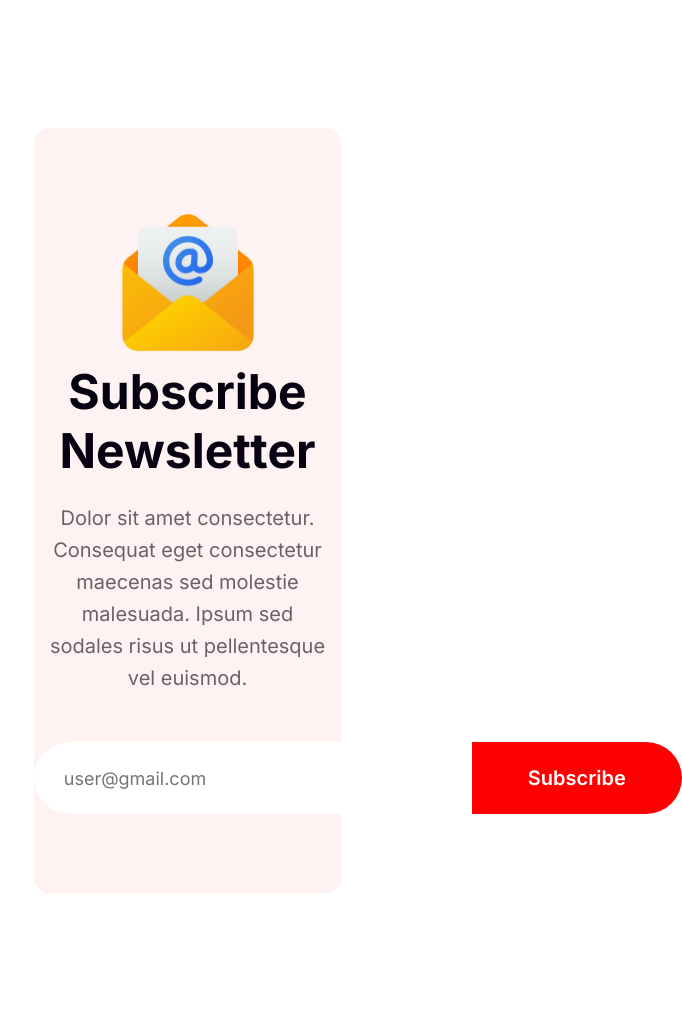
Repository: ShouravAhammed/simple-responsive-new-year
Page: index.html
These files come from the project's save history. The page is drawn as it stood at one moment and after the next save; the edit follows.
The browser window is 375 px wide. The page is 682 px wide, then 533 px, so the pictures cover 682 px, including what lies to the right of the window. The pictures show the whole page.

Above is the page before, as saved 2024-01-11 15:17:41.

### index.html
<!DOCTYPE html>
<html lang="en">
<head>
    <meta charset="UTF-8">
    <meta name="viewport" content="width=device-width, initial-scale=1.0">
    <!-- Title  -->
    <title>New Year 2024</title>
    <!-- favicon icon linked -->
    <link rel="shortcut icon" href="images/New Year Photo.png" type="image/x-icon">
    <!-- style css linked-->
    <link rel="stylesheet" href="Style/style.css">
</head>
<body>
    <!-- header part  -->
    <header class="hide">
        <!-- banner section part -->
        <section id="banner">
            <div class="container">
                <div class="banner-container">
                    <div class="banner-content">
                        <h3 class="celebration">Happy New Year</h3>
                        <h2 class="banner-title">New Year Party Celebration</h2>
                    </div>
                </div>
            </div>
        </section>
    </header>
    <!-- main part -->
    <main>
        <!-- categories section part  -->
            <section id="categories " class="hide">
                <div class="container">
                    <div class="categories-container">
                        <h2 class="categories-discount">65% OFF</h2>
                        <p class="primary-summery">OUR HOLIDAY DEALS ARE BETTER</p>
                        <h3 class="categories-title">ALL CATEGORIES</h3>
                        <div class="categories-img">
                            <img id="new-year-img" src="images/New Year Photo.png" alt="Happy New Year">
                        </div>
                    </div>
                </div>
            </section>

            <!-- party-banner section part -->
            <section id="party-banner" class="hide">
                <div class="container">
                    <div class="party-container">
                        <div class="party-content">
                            <h2 class="party-title">Welcome to midnight party</h2>
                            <p class="party-description">Dolor sit amet consectetur. Consequat eget consectetur maecenas sed molestie malesuada. Ipsum sed sodales risus ut pellentesque vel euismod. </p>
                            <button id="join-now-btn">JOIN NOW</button>
                        </div>
                        <img class="party-img" src="images/icon/Group 70.png" alt="party-img">
                    </div>
                </div>
            </section>
            <!-- Announce section part -->
            <section id="announce" class="hide">
                <div class="container">
                    <div class="announce-content">
                        <h4 class="announce-title"><span class="title-color">Place:</span> New Park Hotel</h4>
                        <h4 class="announce-title"><span class="title-color">Date:</span> 31 December Night 2023</h4>
                        <h4 class="announce-title"><span class="title-color">Time:</span> Evening 7.30 pm to 12.30 am</h4>
                        <button class="announce-btn">Join Now</button>
                    </div>
                </div>
            </section>
            <!-- best offer section part -->
            <section id="best-offer" class="hide">
                <div class="container">
                    <div class="best-offer-container">
                        <div class="best-offer-content">
                            <p class="primary-summery">NEW BEST OFFER</p>
                            <h3 class="similer-title">Coming Soon</h3>
                            <p class="similer-description">Dolor sit amet consectetur. Consequat eget consectetur maecenas sed molestie malesuada. Ipsum sed sodales risus ut pellentesque vel euismod. </p>
                        </div>
                        <div class="best-offer-img-content">

                                <img class="best-offer-img" src="images/Ellipse 1.png" alt="best-offer-images">

                        </div>
                        <div class="best-offer-year-content">
                            <h3 class="best-offer-year">2024</h3>
                            <p class="best-offer-description">Dolor sit amet consectetur. Consequat eget consectetur maecenas sed.</p>
                            <img class="best-offer-year-img" src="images/icon/Group 96.png" alt="best-offer-year-img">
                        </div>
                    </div>
                </div>
            </section>
            <!-- holiday section part  -->
            <section id="holiday" class="hide">
                <div class="container">
                    <div class="holiday-container">
                        <div class="holiday-content">
                            <p class="primary-summery">WHAT IS FUNCTIONAL</p>
                        <h3 class="similer-title"><span class="title-color">Holidays</span> Sale 50%</h3>
                        <p class="similer-description">Dolor sit amet consectetur. Consequat eget consectetur maecenas sed molestie malesuada. Ipsum sed
                            sodales risus ut pellentesque vel euismod. Eleifend nunc purus quam id
                            fermentum amet amet sit consectetur.</p>
                        </div>
                        <div class="holiday-back-img">
                            <div class="holiday-gift-content">
                                <img src="images/icon/Group 75.png" alt="">
                            </div>
                            <div class="holiday-discount-content">
                                <img src="images/icon/Group 44.png" alt="">
                            </div>
                        </div>
                        <div class="holiday-bottom">
                            <img src="images/Rectangle 2.png" alt="">
                        </div>
                    </div>
                </div>
            </section>
            <!-- Portfolio section part -->

            <section id="portfolio" class="hide">
                <div class="container">
                    <div class="portfolio-container">
                        <div class="portfolio-box">
                            <p class="primary-summery">THE BEST GIFTS</p>
                            <h3 class="similer-title">Our Awesome Portfolio</h3>
                            <p class="similer-description description-padd">Dolor sit amet consectetur. Consequat eget consectetur maecenas sed molestie malesuada. Ipsum sed sodales risus ut pellentesque vel euismod. </p>
                        </div>
                            <div class="portfolio-content">
                                <img class="portfolio-img" src="images/Portfolio images/Rectangle 3.png" alt="">
                                <img class="portfolio-img" src="images/Portfolio images/Rectangle 4.png" alt="">
                                <img class="portfolio-img" src="images/Portfolio images/Rectangle 5.png" alt="">
                            </div>
                            <div class="portfolio-content">
                                <img class="portfolio-img" src="images/Portfolio images/Rectangle 6.png" alt="">
                                <img class="portfolio-img" src="images/Portfolio images/Rectangle 7.png" alt="">
                                <img class="portfolio-img" src="images/Portfolio images/Rectangle 8.png" alt="">
                            </div>
                        </div>
                    </div>
            </section>
            <!-- newsletter section part -->
            <section id="newsletter">
                <div class="container">
                    <div class="news-container">
                        <div class="news-content">
                            <img src="images/icon/Group 61.png" alt="">
                            <h3 class="similer-title">Subscribe Newsletter</h3>
                            <p class="similer-description description-mar">Dolor sit amet consectetur. Consequat eget consectetur maecenas sed molestie malesuada. Ipsum sed sodales risus ut pellentesque vel euismod. </p>
                            <form class="form" action="">
                                <input type="email" placeholder="user@gmail.com" alt="email" id="">
                                <button class="subscribe-btn">Subscribe</button>
                            </form>
                        </div>

                    </div>
                </div>
            </section>
    </main>
    <!--  footer part -->
    <footer class="hide">
        <section id="footer">
            <div class="container">
                <div class="footer-describe-part line-color">
                    <div class="footer-address">
                        <p class="address-similer">44, Big Building Roosevelt Street</p>
                        <p class="address-similer">Beach Gardens Florida 33410</p>
                    </div>
                    <div class="footer-address">
                        <div class="call-icon">
                            <img src="images/icon/Call.png" alt="">
                            <a class="address-similer">+00 123 584 124</a>
                        </div>
                        <div class="website-icon">
                            <img src="images/icon/Website.png" alt="">
                            <a class="address-similer">www.website.com</a>
                        </div>
                    </div>
                </div>

                <div class="footer-social line-color">
                    <a href=""><img src="images/icon/Facebook.png" alt=""></a>
                    <a href=""><img src="images/icon/Instagram.png" alt=""></a>
                    <a href=""><img src="images/icon/Twitter.png" alt=""></a>
                    <a href=""><img src="images/icon/Linkedin.png" alt=""></a>
                </div>

                <div class="reserved">
                    <p>2017, All Rights Reserved.</p>
                    <p>Unsubscribe</p>
                </div>
            </div>
        </section>
    </footer>
</body>
</html>

### Style/style.css
/* import google fonts */
@import url('https://fonts.googleapis.com/css2?family=Inter:wght@100;200;300;400;500;600;700;800;900&family=Merriweather:ital,wght@0,300;0,400;0,700;0,900;1,300;1,400;1,700;1,900&display=swap');

*{
    margin: 0;
    padding: 0;
    outline: 0;
}

.container{
    width: 82%;
    margin: 0 auto;
}
/* primary content */
.primary-summery{
    font-family: Inter;
    font-size: 24px;
    font-style: normal;
    font-weight: 500;
    color: #F00;
    line-height: normal;
}
/* title-color */
.title-color{
    color: #F00;
}
/* banner section related css style */
#banner{
    margin-top: 30px;
}
.banner-container{
    background-image: linear-gradient(180deg, #070211 0%, rgba(7, 2, 17, 0.00) 100%), url(../images/Banner\ Image.png);
    background-size: cover;
    background-repeat: no-repeat;
    background-position: center;
    border-radius: 16px;
    padding: 177px 0px;
}
.banner-container .banner-content{
    width: 632px;
    margin: 0 auto;
}
.banner-container .banner-content .celebration{
    color: #FFF;
    text-align: center;
    font-family: Merriweather;
    font-size: 32px;
    font-style: normal;
    font-weight: 400;
    line-height: normal;
    margin-bottom: 16px;
    z-index: 99;
}
.banner-container .banner-content .banner-title{
    color: #FFF;
    text-align: center;
    font-family: Merriweather;
    font-size: 72px;
    font-style: normal;
    font-weight: 900;
    line-height: 95px;
}
/* categories section related css style */

#categories{
    margin: 120px 0px;
}
.categories-container{
    text-align: center;
}
.categories-container .categories-discount{
    font-family: Inter;
    font-size: 88px;
    font-style: normal;
    font-weight: 700;
    color: #F00;
    line-height: normal;
    margin-bottom: 48px;
}

.categories-title{
    font-family: Inter;
    font-size: 48px;
    font-style: normal;
    font-weight: 700;
    color: #070211;
    line-height: normal;
    margin-bottom: 48px;
}
.categories-container .categories-img{
    width: 800px;
    margin: 0 auto;
}
.categories-img #new-year-img{
    max-width: 100%;
}

/* party-banner section css style  */
#party-banner{

}
.party-container{
    background-image: linear-gradient(90deg, #070211 0%, rgba(7, 2, 17, 0.00) 100%), url(../images/Vectorrr.png);
    background-position: center;
    background-repeat: no-repeat;
    background-size: cover;
    display: flex;
    align-items: center;
    justify-content: space-between;
    border-radius: 16px;
    padding: 70px 70px;
}
.party-container .party-content{
    width: 900px;
}
.party-content .party-title{
    font-family: Merriweather;
    font-size: 64px;
    font-style: normal;
    font-weight: 900;
    color: #FFF;
    line-height: 88px;
    letter-spacing: 3px;
}
.party-content .party-description{
    font-family: Inter;
    font-size: 18px;
    font-style: normal;
    font-weight: 400;
    color: rgba(255, 255, 255, 0.80);
    line-height: 30px;
    margin-top: 20px;
}
#join-now-btn{
    font-family: Inter;
    font-size: 20px;
    font-style: normal;
    font-weight: 700;
    color: #FFF;
    background: transparent;
    line-height: normal;
    text-transform: uppercase;
    border: none;
    cursor: pointer;
    margin-top: 48px;
    margin-left: 32px;
}
.party-container .party-img{
    width: 270px;
    max-width: 100%;
}

/* Announce section css style */

#announce{
    margin: 120px 0px;
}
.announce-content{
    background: linear-gradient(180deg, rgba(255, 0, 0, 0.10) 0%, rgba(255, 0, 0, 0.00) 100%);
    padding: 100px 0;
    text-align: center;
}
.announce-content .announce-title{
    color: #070211;
    font-family: Inter;
    font-size: 32px;
    font-style: normal;
    font-weight: 600;
    line-height: 56px;
    text-transform: capitalize;
}
.announce-btn{
    font-family: Inter;
    font-size: 20px;
    font-style: normal;
    font-weight: 700;
    line-height: normal;
    color: #FFF;
    text-align: center;
    text-transform: uppercase;
    border-radius: 8px;
    background: #F00;
    padding: 16px 32px;
    border: none;
    cursor: pointer;
    transition: all ease 0.5s;
    margin-top: 48px;
}
.announce-btn:hover{
    background: #fff;
    color: #f00;
    outline: 1px solid #F00;
}
/* best-offer section style css */
#best-offer{
    margin-bottom: 128px;
}
.similer-title{
    font-family: Inter;
    font-size: 48px;
    font-style: normal;
    font-weight: 700;
    color: #070211;
    line-height: normal;
}
.similer-description{
    font-family: Inter;
    font-size: 20px;
    font-style: normal;
    font-weight: 400;
    color: rgba(7, 2, 17, 0.60);
    line-height: 32px;
    margin-top: 22px;
}
.best-offer-container{
    display: flex;
    align-items: center;
    gap: 20px;
}
.best-offer-content{
    width: 700px;
}
.best-offer-img-content{
    min-height: 350px;
    min-width: 350px;
    border: 15px solid #f00;
    border-radius: 50%;
    position: relative;
    position: relative;
}
.best-offer-img-content .best-offer-img{
    position: absolute;
    width: 270px;
    inset: 41px;
}
.best-offer-year-content .best-offer-year{
    font-family: Inter;
    font-size: 48px;
    font-style: normal;
    font-weight: 700;
    color: #F00;
    line-height: normal;
    margin-top: 65px;
}
.best-offer-year-content .best-offer-description{
    margin-top: 10px !important;

}
.best-offer-year-content{
    width: 500px;
}
.best-offer-year-content .best-offer-year-img{
    max-width: 140px;
    margin-top: 38px;
}


/*  portfolio section css style */
.portfolio-container{

}
.portfolio-container .description-padd{
    margin-bottom: 48px ;
}
.portfolio-container .portfolio-content{
    display: flex;
    align-items: center;
    justify-content: space-between;
    margin-top: 20px;
}
.portfolio-box{
    width: 896px;
}
.portfolio-container .portfolio-content .portfolio-img{
    max-width: 355px;
    transition: all ease 0.5s;
}
.portfolio-content .portfolio-img:hover{
    filter: grayscale(1);
    transform: scale(1.05);
}
/* newsletter section css style  */
#newsletter{
    margin: 128px 0px;
}
.news-container{
    border-radius: 16px;
    background: rgba(255, 0, 0, 0.05);
    padding: 80px 0px;
}
.news-content{
    width: 896px;
    margin: 0 auto;
    text-align: center;
}
.news-content img{
    width: 150px;
    height: 150px;
}
.form{
    width: 648px;
    height: 72px;
    display: flex;
    margin: 0 auto;
}
.form input{
    background: #fff;
    width: 438px;
    flex-grow: 1;
    color: rgba(7, 2, 17, 0.30);
    font-family: Inter;
    font-size: 18px;
    font-style: normal;
    font-weight: 400;
    line-height: normal;
    padding-top: 25px;
    padding-bottom: 25px;
    padding-left: 30px;
    border: none;
    border-radius: 50px 0px 0px 50px;
    outline: 1px transparent;
    transition: all ease 0.5s;
}
.form input:hover{
    outline: 1px solid #f00;
}
.form .subscribe-btn{
    color: #FFF;
    font-family: Inter;
    font-size: 20px;
    font-style: normal;
    font-weight: 600;
    line-height: normal;
    text-transform: capitalize;
    border-radius: 0px 50px 50px 0px;
    background: #F00;
    padding: 24px 56px;
    border: none;
    transition: all ease 0.5s;
}
.form .subscribe-btn:hover{
    outline: 1px solid #f00;
    background: #fff;
    color: #f00;
}
.description-mar{
    margin-bottom: 48px;
}
/* footer section part css style */

#footer{
    background: #070211;
    padding: 120px 0;
}
.line-color{
    border-bottom: 1px solid rgba(255, 255, 255, 0.15);
}
.footer-describe-part{
    display: flex;
    justify-content: space-between;
}
.footer-address{
    margin-bottom: 50px;
}
.footer-address .address-similer {
    color: #FFF;
    font-family: Inter;
    font-size: 24px;
    font-style: normal;
    font-weight: 500;
    line-height: 40px;
    text-decoration: none;
    cursor: pointer;
}
.call-icon, .website-icon{
    display: flex;
    align-items: center;
}
.call-icon img, .website-icon img{
    width: 24px;
    margin-right: 15px;
}

.footer-social{
    text-align: center;
    padding: 48px 0;
}
.footer-social a{
    width: 64px;
    margin-right: 24px;
}
.footer-social a:hover{
    filter: grayscale(1);
}

.reserved{
    display: flex;
    justify-content: space-between;
    align-items: center;
    margin-top: 50px;
}
.reserved p{
    color: #FFF;
    font-family: Inter;
    font-size: 24px;
    font-style: normal;
    font-weight: 500;
    line-height: normal;
}



/* holiday section css style */
#holiday{
    margin-bottom: 128px;
}
.holiday-container{
    text-align: center;
}
.holiday-container .holiday-content{
    width: 920px;
    margin: 0 auto;
}
.holiday-back-img{
    display: flex;
    align-items: center;
    margin-top: 48px;
    background-image: url(../images/Rectangle\ 1.png);
    background-repeat: no-repeat;
    background-size: contain;
    height: 60vh;
    background-position: bottom right;
}
.holiday-back-img .holiday-gift-content {
    width: 600px;
    position: relative;
    bottom: -110px;
    left: 50px;
}
.holiday-back-img .holiday-gift-content img{
    max-width: 100%;
}
.holiday-back-img .holiday-discount-content{
    width: 250px;
}
.holiday-back-img .holiday-discount-content img{
    max-width: 100%;
}
.holiday-bottom img{
    width: 100%;
}


/* responsive */
.hide{
    display: none;
}
@media screen and (max-width: 576px){
    .news-content {
        width: 100%;
    }
    .similer-description {
        padding: 0px 10px;
    }
    .form {
        width: 648px;
    }
}

After the next save:
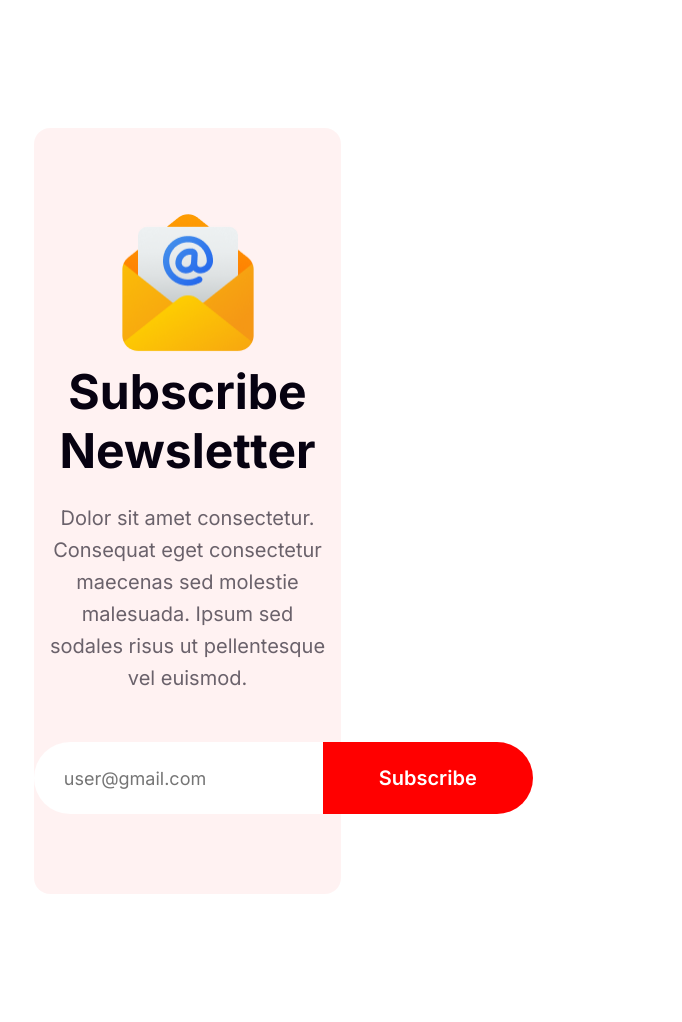
Saved 22 s later.
--- a/Style/style.css
+++ b/Style/style.css
@@ -463,6 +463,6 @@
         padding: 0px 10px;
     }
     .form {
-        width: 648px;
+        width:  100%;
     }
 }
